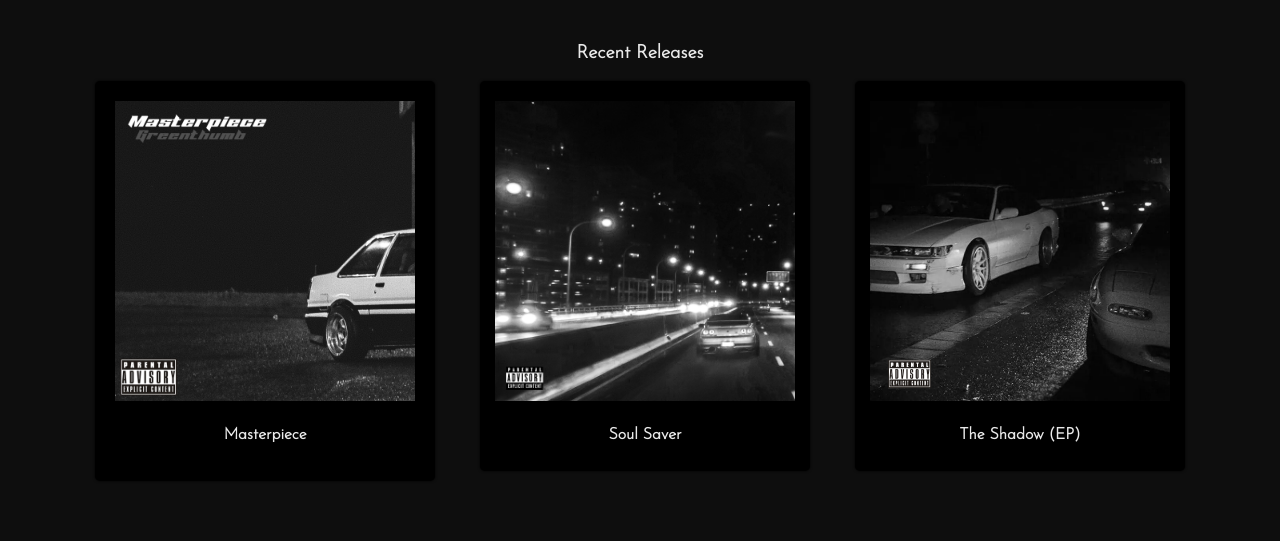
Repository: shayanabedi98/Greenthumb
Page: index.html
These files come from the project's save history. The page is drawn as it stood at one moment and after the next save; the edit follows.
The browser window is 1280 px wide. The pictures show the part of the page from y = 734 to 1285 px (the page is 1275 px tall before and 1285 px after).
The pointer rests on the first visible `.card`.

Above is the page before, as saved 2023-08-15 13:23:32.

### index.html
<!DOCTYPE html>
<html lang="en">
<head>
    <meta charset="UTF-8">
    <meta name="viewport" content="width=device-width, initial-scale=1.0">
    <title>Greenthumb Home</title>
    <link rel="stylesheet" href="styles.css">
    <link rel="preconnect" href="https://fonts.googleapis.com">
    <link rel="preconnect" href="https://fonts.gstatic.com" crossorigin>
    <link href="https://fonts.googleapis.com/css2?family=Josefin+Sans:wght@300&display=swap" rel="stylesheet">
</head>
<body>
    <div class="header">
        <header>
            <nav>
                <img src="resources/logo.png" alt="Greenthumb Logo">
                <a href="">Home</a>
                <a href="">About</a>
                <a href="">Contact</a>
            </nav>
        </header>
    </div>
    <div class="banner">
        <video autoplay playsinline muted loop src="resources/Japanese Street Drifting ! Tokyo Auto Salon 2019 Afterparty !.mp4"></video>
        <div class="banner-content">
            <h1>Rapper/Producer</h1>
            <h2>From the depths of his creative abyss, he conjures grimey beats that pulse like the heartbeat of a shadowy cosmos, inviting listeners to explore the raw and unfiltered underbelly of Hip Hop.</h2>
        </div>
    </div>
    <div class="container">
        <h3>Recent Releases</h3>
        <div class="card">
            <img src="/resources/master.jpg" alt="cover of song, Masterpiece">
            <h4>Masterpiece</h4>
        </div>
        <div class="card">
            <img src="resources/soul.png" alt="cover of song, Soul Saver">
            <h4>Soul Saver</h4>
        </div>
        <div class="card">
            <img src="resources/theshadow.png" alt="cover of EP, The Shadow">
            <h4>The Shadow (EP)</h4>
        </div>
    </div>
    <div class="listen">

    </div>
</body>
</html>

### styles.css
body {
    margin: 0;
    padding: 0;
    background-color: black;
    color: rgb(233, 233, 233);
    font-family: 'Josefin Sans', sans-serif;
}

nav a {
    text-decoration: none;
}

nav a:visited {
    text-decoration: none;
    color: rgb(233, 233, 233);
}

.banner {
    text-align: center;
    width: 100%;
    height: 600px;
}

.banner video {
    object-fit: cover;
    object-position: 50% 100%;
    height: 600px;
    width: 100%;
    opacity: 80%;
}

.banner-content {
    transform: translateY(-410px);
    width: 70%;
    margin: auto;
}

.banner-content h1 {
    font-size: 46px;
}

.banner-content h2 {
    font-size: 30px;
}

.container {
    text-align: center;
    background-color: rgb(14, 14, 14);
    padding: 25px 0 60px 0;
}

.card {
    text-align: center;
    display: inline-block;
    background-color: black;
    border-radius: 5px;
    width: 330px;
    height: 360px;
    padding: 20px 0 10px 0;
    box-shadow: 0 0 3px 0 black;
    margin: 0 20px;
}

.card img {
    height: 300px;
    width: 300px;
}

.card:hover {
    height: 370px;
    width: 340px;
    transition: ease-in-out 0.3s;
}

.card:hover + img {
    height: 310px;
    width: 310px;
}

.card:not(:hover) {
    transition: ease-in-out 0.3s;
}

After the next save:
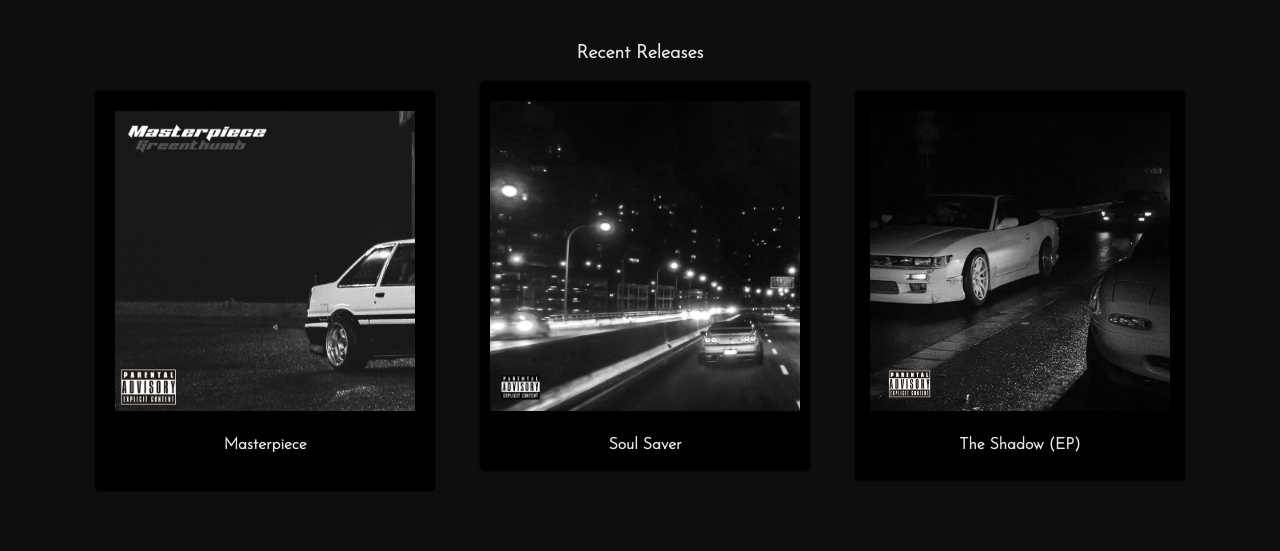
Saved 12 s later.
--- a/styles.css
+++ b/styles.css
@@ -72,7 +72,7 @@
     transition: ease-in-out 0.3s;
 }
 
-.card:hover + img {
+.card:hover + .card img {
     height: 310px;
     width: 310px;
 }

After the save that followed:
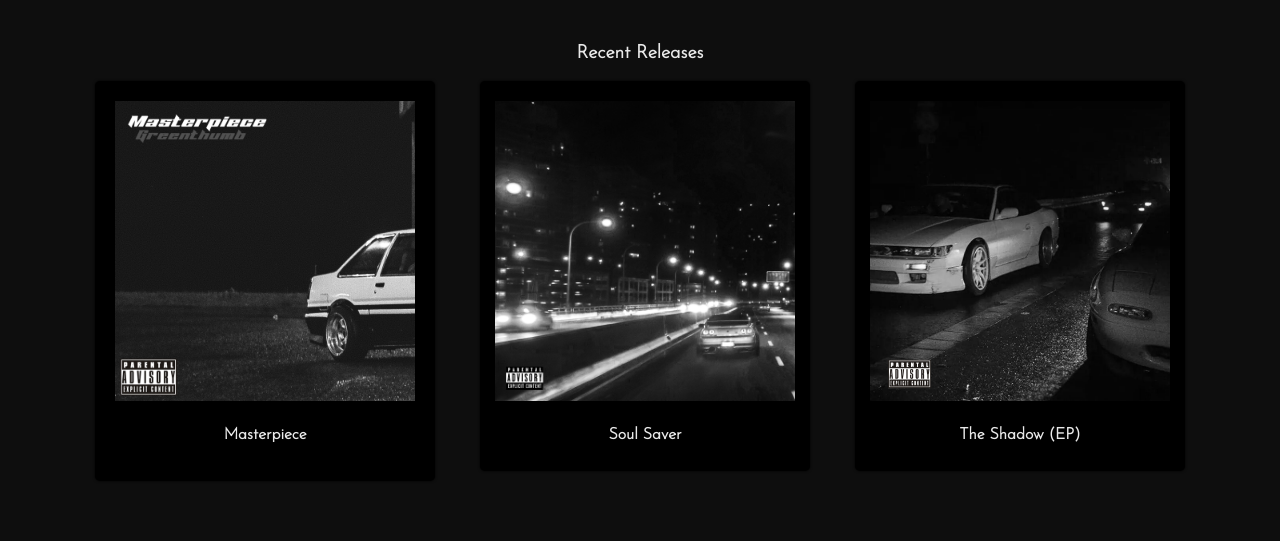
Saved 31 s later.
--- a/styles.css
+++ b/styles.css
@@ -72,10 +72,6 @@
     transition: ease-in-out 0.3s;
 }
 
-.card:hover + .card img {
-    height: 310px;
-    width: 310px;
-}
 
 .card:not(:hover) {
     transition: ease-in-out 0.3s;
